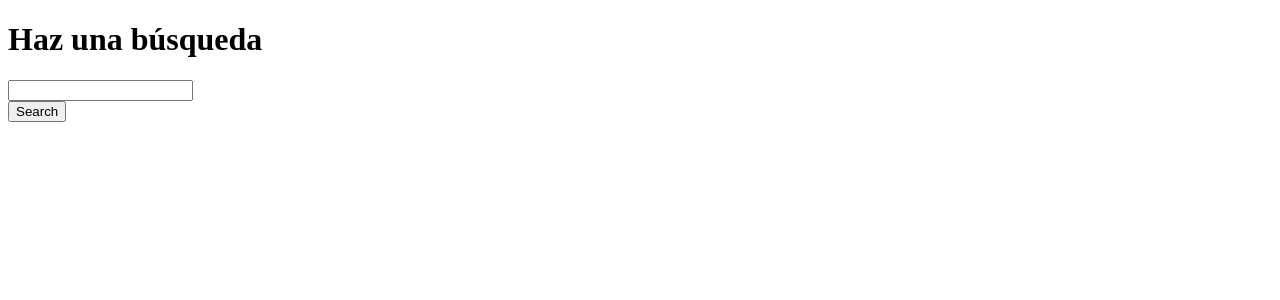
Repository: jersonmartinez/cs50
Page: HTML/basic/form.html
The author's editor kept a record of every edit. The page is drawn from the files as they stood at one moment, then again after the next edit.
The browser window is 1280 px wide. The pictures show the whole page.

Above is the page before.

### HTML/basic/form.html
<!DOCTYPE html>
<html lang="en">
    <head>
        <meta charset="UTF-8">
        <meta name="viewport" content="width=device-width, initial-scale=1.0">
        <meta http-equiv="X-UA-Compatible" content="ie=edge">
        <title>Document</title>
    </head>
    <body>
       <h1>Haz una búsqueda</h1>
       <form action="https://www.google.com/search" method="get">
           <input type="text" name="Q" /><br/>
           <input type="submit" value="Search" />
       </form>
    </body>
</html>

After the next edit:
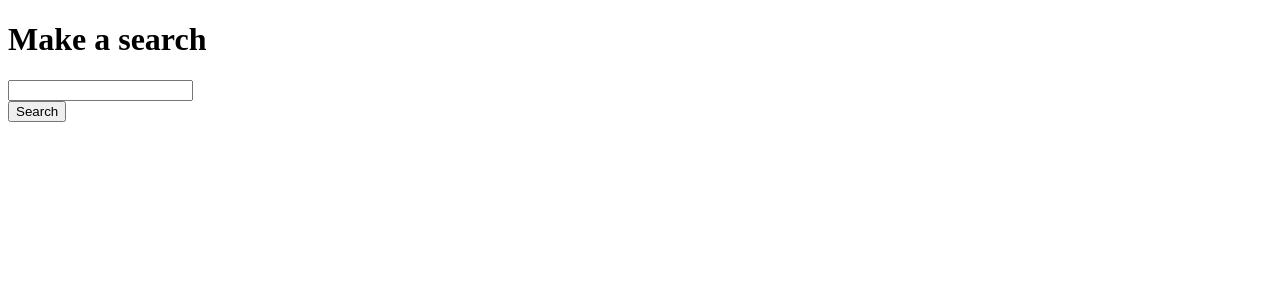
The edit:
--- a/HTML/basic/form.html
+++ b/HTML/basic/form.html
@@ -7,7 +7,7 @@
         <title>Document</title>
     </head>
     <body>
-       <h1>Haz una búsqueda</h1>
+       <h1>Make a search</h1>
        <form action="https://www.google.com/search" method="get">
            <input type="text" name="Q" /><br/>
            <input type="submit" value="Search" />
